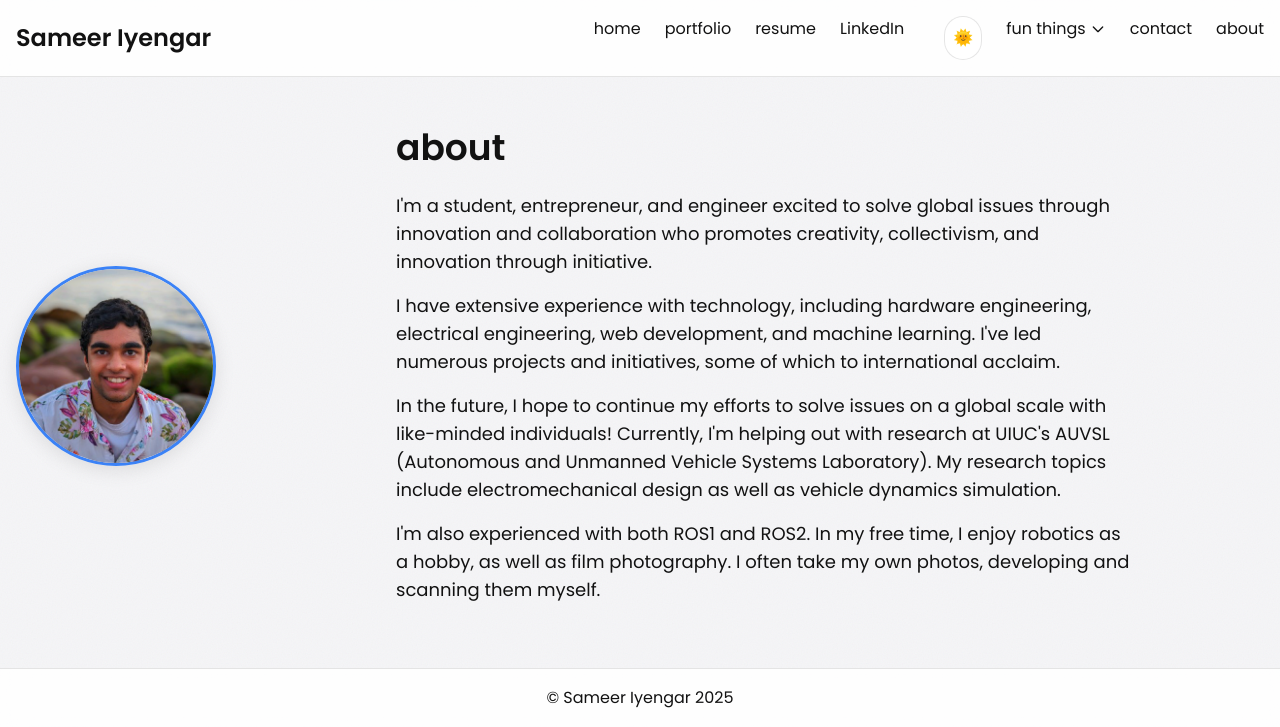
Repository: siyengar04/siyengar04.github.io
Page: about.html
These files come from the project's save history. The page is drawn as it stood at one moment and after the next save; the edit follows.
The browser window is 1280 px wide. The pictures show the whole page.

Above is the page before, as saved 2025-07-08 16:55:26.

After the next save:
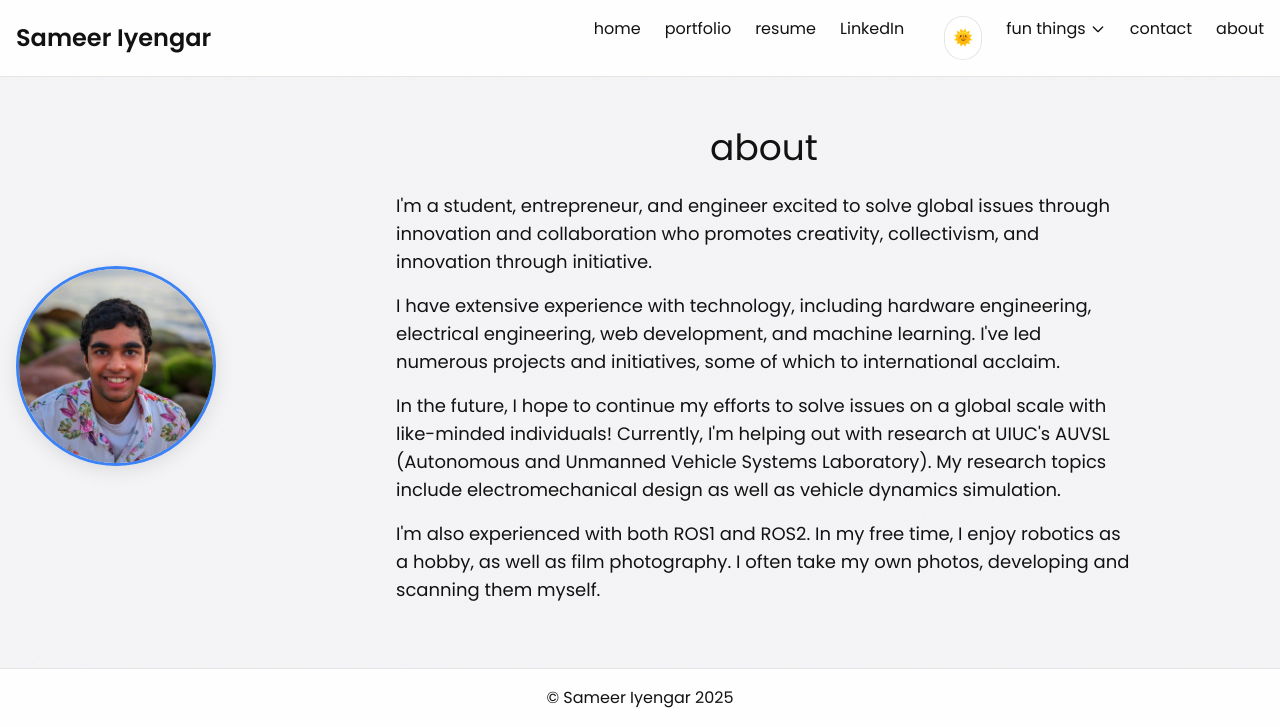
Saved 13 s later.
--- a/about.html
+++ b/about.html
@@ -222,7 +222,7 @@
                     <img src="/images/profile.jpg" alt="Profile Picture" class="profile-image">
                 </div>
                 <div class="about-content">
-                    <h2 class="mb-6 text-4xl font-bold justify-centertext-center md:text-left">about</h2>
+                    <h2 class="mb-6 text-4xl font-boldtext-center md:text-center">about</h2>
                     <div class="space-y-4 text-lg">
                         <p>I'm a student, entrepreneur, and engineer excited to solve global issues through innovation and collaboration who promotes creativity, collectivism, and innovation through initiative.</p>
                         <p>I have extensive experience with technology, including hardware engineering, electrical engineering, web development, and machine learning. I've led numerous projects and initiatives, some of which to international acclaim.</p>
